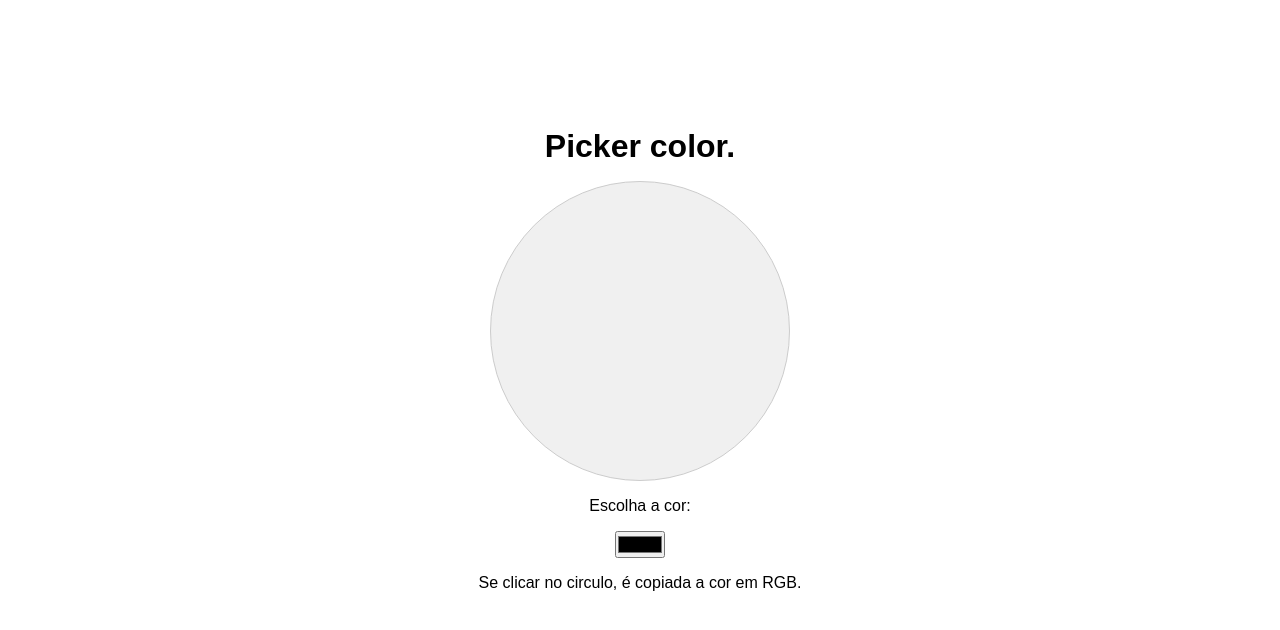
Repository: CarlosEduardoVdeOliveira/100_dias_de_codigo
Page: Dia 11/index.html
The author's editor kept a copy of each file at every save. The page is drawn from the files as they stood at one save, then again after a run of saves.
The browser window is 1280 px wide. The pictures show the whole page.
Some web fonts or font styles are not loaded; a fallback is used.

Above is the page before, as saved 2024-09-13 14:30:43.

After the next 2 saves:
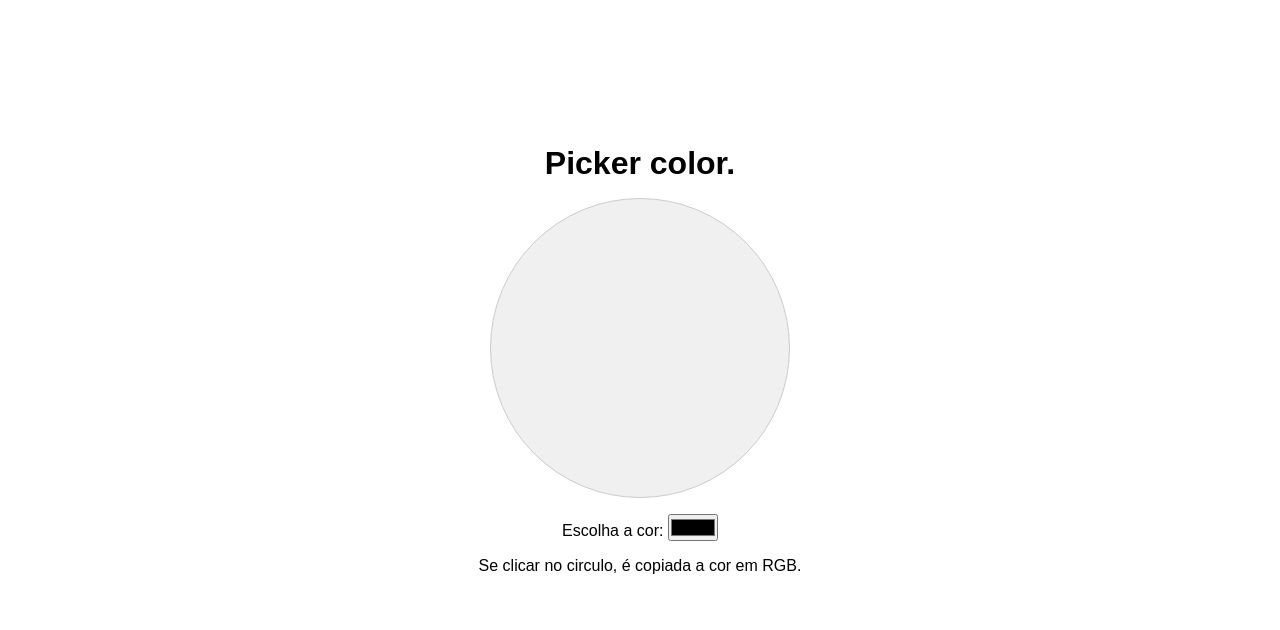
The 2 saves are shown as one change because they came seconds apart.
The last was saved 15 s later.
--- a/Dia 11/index.html
+++ b/Dia 11/index.html
@@ -10,8 +10,10 @@
   <main>
     <h1>Picker color.</h1>
     <div class="circle"></div>
-    <label for="input-shape-color">Escolha a cor: </label>
-    <input type="color" name="input-shape-color" id="input-shape-color">
+    <div>
+      <label for="input-shape-color">Escolha a cor: </label>
+      <input type="color" name="input-shape-color" id="input-shape-color">
+    </div>
     <span id="text-info">Se clicar no circulo, é copiada a cor em RGB.</span>
   </main>
   <script src="./script.js"></script>
